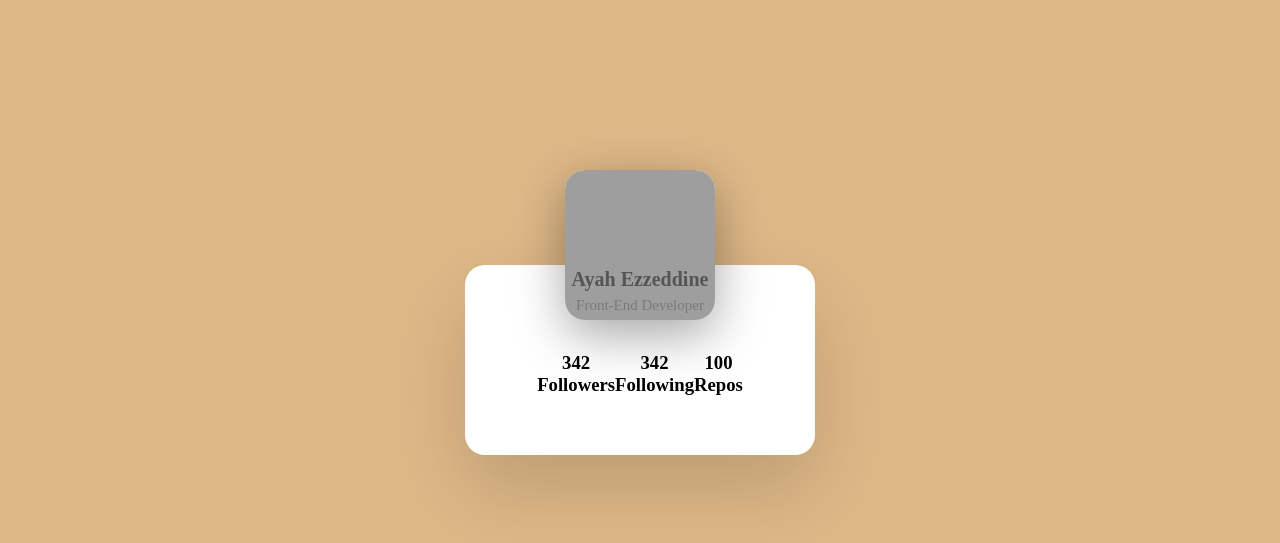
Repository: ayah1996/Github-Profiles
Page: index.html
An editor plug-in stored every save of this project. The page is shown before and after the next save, followed by the edit.
The browser window is 1280 px wide. The pictures show the whole page.
Pictures or frames that could not be fetched are drawn as grey boxes. The page's requests for data from a server got no answer.

Above is the page before, as saved 2023-01-26 14:19:45.

### index.html
<!DOCTYPE html>
<html lang="en">
  <head>
    <meta charset="UTF-8" />
    <meta http-equiv="X-UA-Compatible" content="IE=edge" />
    <meta name="viewport" content="width=device-width, initial-scale=1.0" />
    <link rel="stylesheet" href="style.css" />
    <script src="script.js" defer></script>
    <title>Github Profile</title>
  </head>
  <body>
    <!-- <form id="form">
      <input type="text" id="search" placeholder="Search A Github User ..." />
    </form> -->
    <main id="main">
      <div class="card">
        <div class="imgBox">
          <img src="unnamed.jpg" alt="profile Image" />
        </div>
        <div class="content">
          <div class="details">
            <h2>Ayah Ezzeddine <br /><span> Front-End Developer </span></h2>
            <div class="data">
              <h3>342<br /><span>Followers</span></h3>
              <h3>342<br /><span>Following</span></h3>
              <h3>100<br /><span>Repos</span></h3>
            </div>
          </div>
        </div>
      </div>
    </main>
  </body>
</html>

### style.css
* {
  box-sizing: border-box;
}

body {
  margin: 0;
}

#main {
  display: flex;
  justify-content: center;
  align-items: center;
  min-height: 100vh;
  background-color: burlywood;
}

.card {
  position: relative;
  width: 350px;
  height: 190px;
  /* height: 450px; */
  background-color: #fff;
  border-radius: 20px;
  box-shadow: 0 35px 80px rgba(0, 0, 0, 0.15);
  transition: 0.5s;
}

.card:hover {
  height: 450px;
}

.imgBox {
  position: absolute;
  left: 50%;
  top: -50%;
  transform: translateX(-50%);
  width: 150px;
  height: 150px;
  background-color: #fff;
  border-radius: 20px;
  box-shadow: 0 15px 50px rgba(0, 0, 0, 0.35);
  overflow: hidden;
  transition: 0.5s;
}
.card:hover .imgBox {
  width: 250px;
  height: 250px;
}
.imgBox img {
  position: absolute;
  top: 0;
  left: 0;
  width: 100%;
  height: 100%;
  -o-object-fit: cover;
  object-fit: cover;
}

.card .content {
  position: absolute;
  width: 100%;
  height: 100%;
  display: flex;
  justify-content: center;
  align-items: flex-end;
}

.card .details {
  width: 100%;
  padding: 40px;
  text-align: center;
  transition: 0.5s;
}

.card .details h2 {
  font-size: 1.25em;
  font-weight: 600;
  color: #555;
  line-height: 1.2em;
}

.card .details h2 span {
  font-size: 0.75em;
  font-weight: 500;
  opacity: 0.5;
}

.card .details .data {
  display: flex;
  justify-content: center;
}

### script.js
const APIURL = "https://api.github.com/users/";

const main = document.getElementById("main");
const form = document.getElementById("form");
const search = document.getElementById("search");

getUser("ayah1996");

async function getUser(username) {
  const response = await fetch(APIURL + username);
  const data = await response.json();

  createUserCard(data);
  getRepos(username);
}

async function getRepos(username) {
  const response = await fetch(APIURL + username + "/repos");
  const data = await response.json();

  addReposToCard(data);
}

function createUserCard(user) {
  const cardHTML = ``;
}

After the next save:
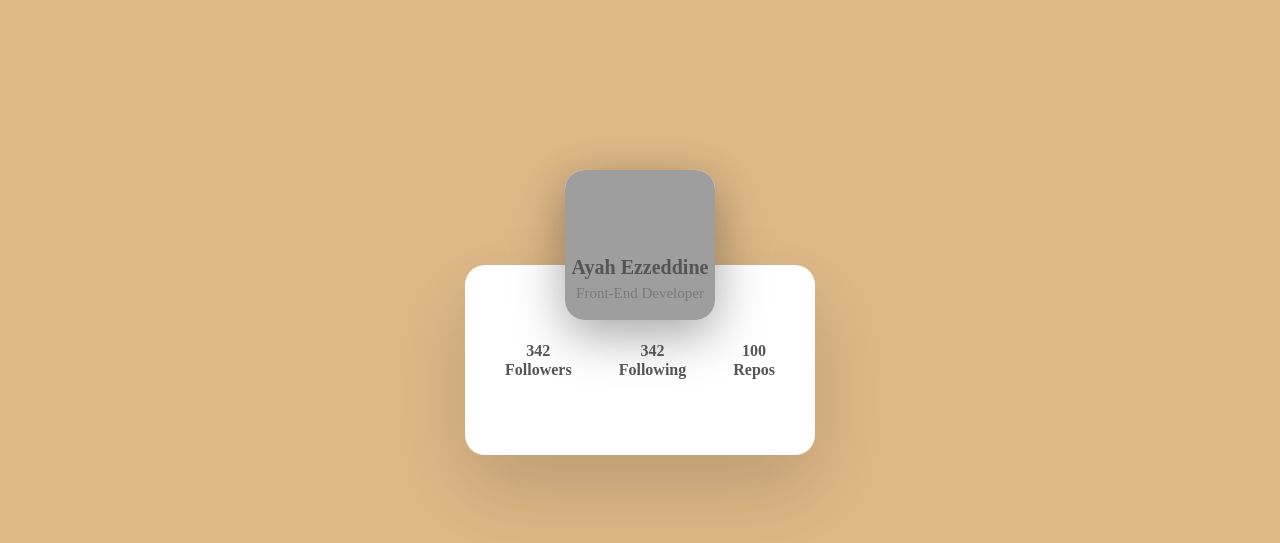
Saved 71 s later.
--- a/style.css
+++ b/style.css
@@ -87,5 +87,13 @@ body {
 
 .card .details .data {
   display: flex;
-  justify-content: center;
+  justify-content: space-between;
+  margin: 20px 0;
 }
+
+.card .details .data h3 {
+  font-size: 1em;
+  color: #555;
+  line-height: 1.2em;
+  font-weight: 600;
+}
